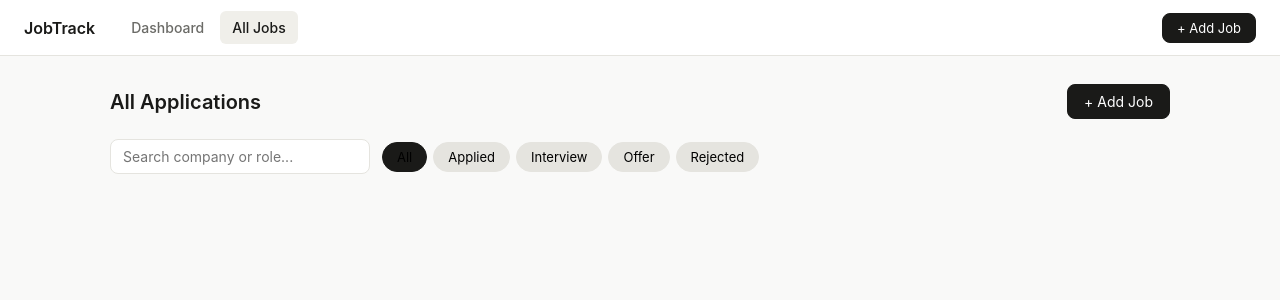
Repository: adtm0/jobtracker
Page: /jobs (app in frontend/)
An editor plug-in stored every save of this project. The page is shown before and after a run of saves, followed by the edit.
The browser window is 1280 px wide. The pictures show the whole page.
The project was rebuilt for these pictures with package versions that can differ from the ones it lists, and the page was loaded fresh each time. Also part of the build but not shown: frontend/vite.config.js, frontend/src/pages/Login.jsx, frontend/src/pages/Register.jsx, frontend/src/pages/Dashboard.jsx, frontend/src/pages/JobForm.jsx.

Above is the page before, as saved 2026-04-19 20:15:44.

After the next 2 saves:
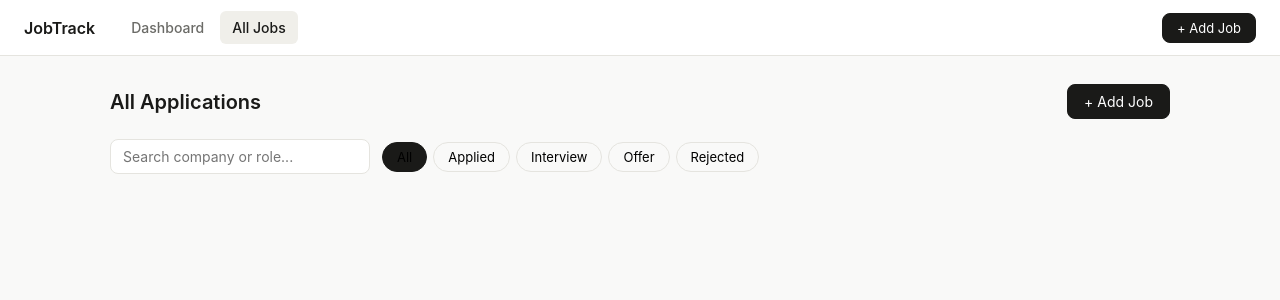
The 2 saves are shown as one change because they came seconds apart.
The last was saved 10 s later.
--- a/frontend/src/pages/Jobs.jsx
+++ b/frontend/src/pages/Jobs.jsx
@@ -55,7 +55,7 @@
                 fontSize: 13,
                 border: '1px solid',
                 borderColor: filter === s ? '#1a1a18' : '#e5e4df',
-                background: filter === s ? '#1a1a18' : '#e5e4df'
+                background: filter === s ? '#1a1a18' : 'transparent'
               }}
             >
               {s.charAt(0).toUpperCase() + s.slice(1)}
